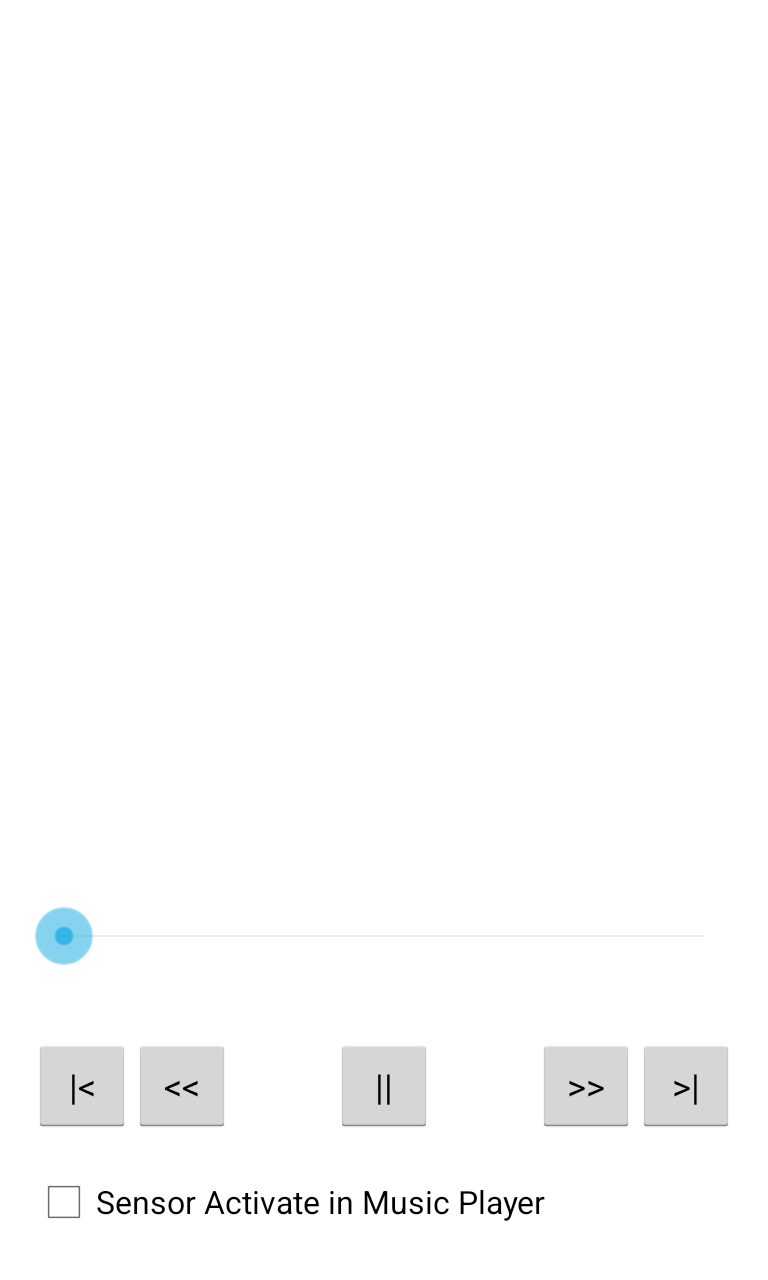
Repository: amittttt/Android-HP
Layout: HpProject/res/layout/activity_player.xml
An editor plug-in stored every save of this project. The layout is shown before and after the next save, followed by the edit.
It is drawn on a 768 x 1280 px phone screen (xhdpi) without system bars, with theme AppTheme; the app's code is not run.

Above is the layout before, as saved 2016-05-15 17:13:56.

After the next save:
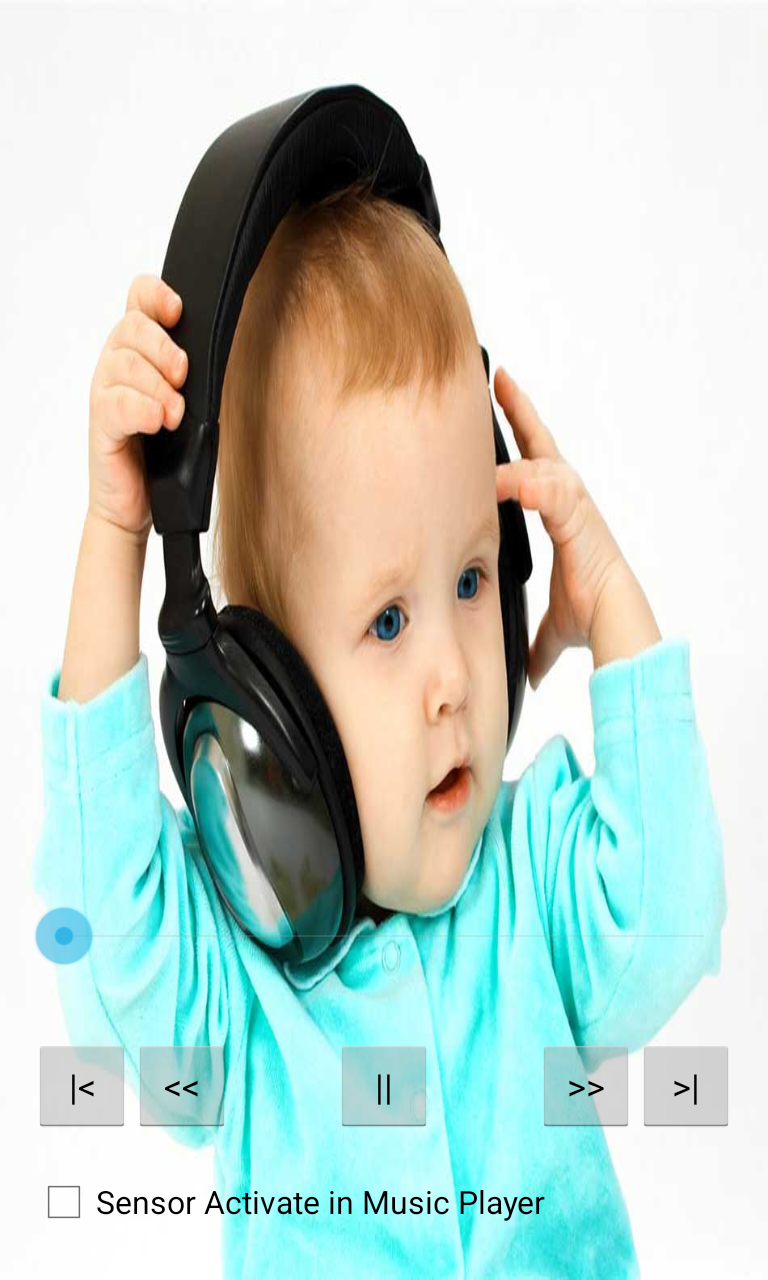
Saved 4 min 17 s later.
--- a/HpProject/res/layout/activity_player.xml
+++ b/HpProject/res/layout/activity_player.xml
@@ -6,7 +6,9 @@
     android:paddingLeft="@dimen/activity_horizontal_margin"
     android:paddingRight="@dimen/activity_horizontal_margin"
     android:paddingTop="@dimen/activity_vertical_margin"
-    tools:context=".PlayerActivity" >
+    tools:context=".PlayerActivity"
+    android:background="@drawable/backg"
+     >
 
     <SeekBar
         android:id="@+id/seekBar1"
